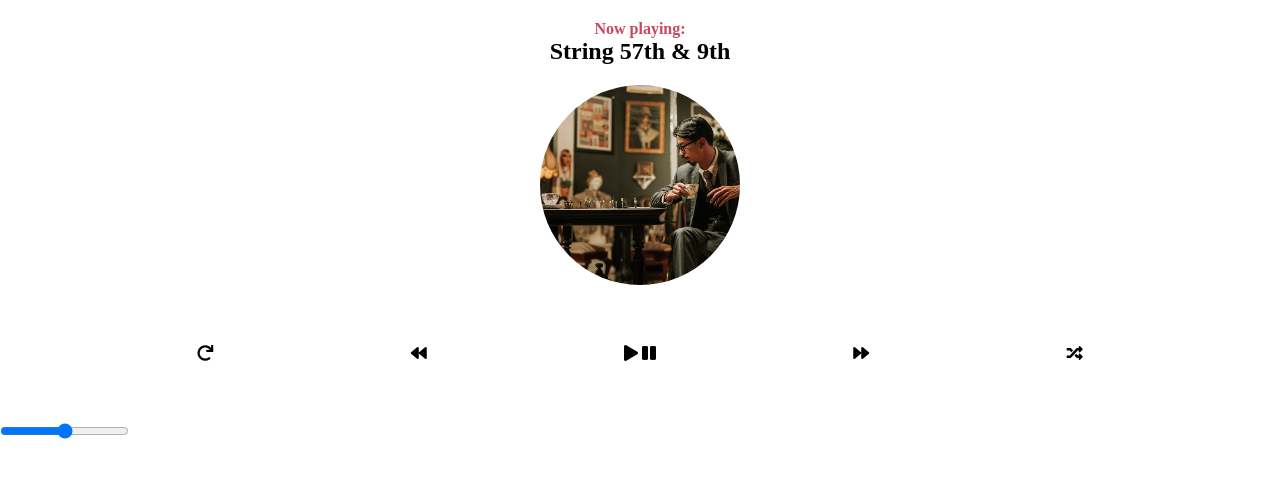
Repository: dovanthao2404/AppMusicPlayer
Page: index.html
These files come from the project's save history. The page is drawn as it stood at one moment and after the next save; the edit follows.
The browser window is 1280 px wide. The pictures show the whole page.

Above is the page before, as saved 2021-06-28 02:07:55.

After the next save:
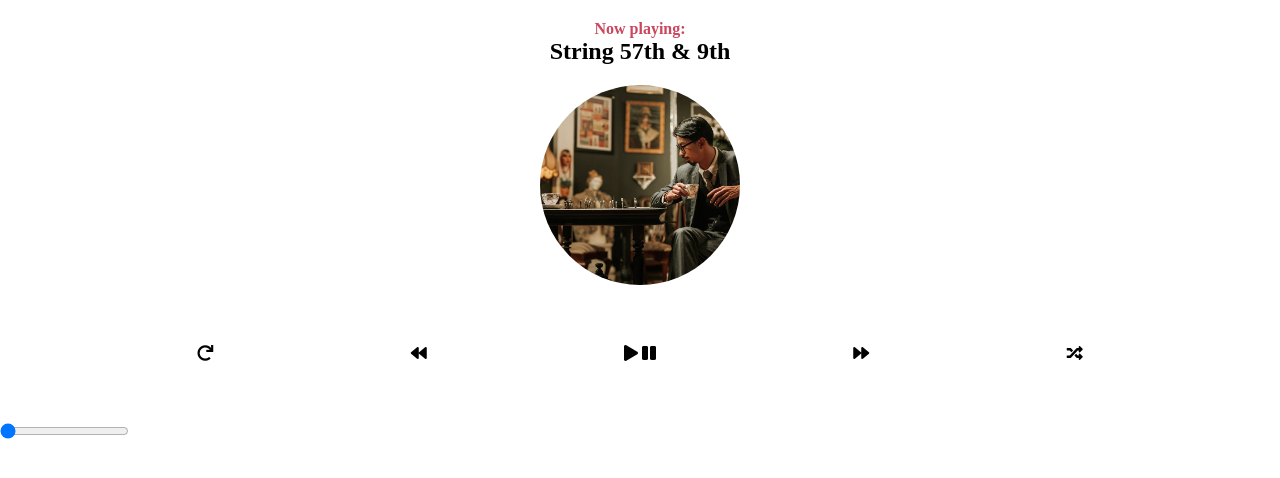
Saved 23 s later.
--- a/index.html
+++ b/index.html
@@ -51,7 +51,7 @@
       </div>
 
       <!-- PROGRESS -->
-      <input id="progress" class="progress" type="range">
+      <input id="progress" class="progress" value="0" step="1" min="0" max="100" type="range">
 
       <!-- AUDIO -->
       <audio id="audio" src=""></audio>
